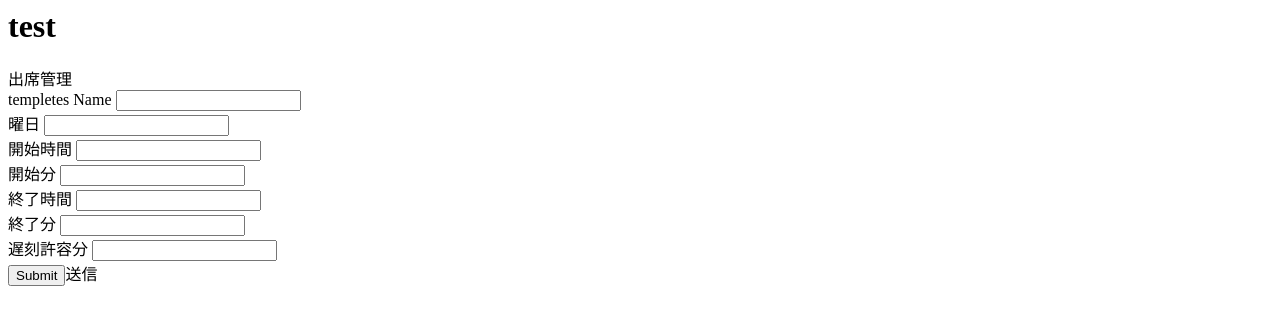
Repository: inamura123/auto_attend_system
Page: http://localhost/test
The author's editor kept a record of every edit. The page is drawn from the files as they stood at one moment, then again after the next edit.
The browser window is 1280 px wide. The pictures show the whole page.
The page is served by the project's Laravel application, run on PHP 8.4 with Laravel 9.

Above is the page before.

After the next edit:
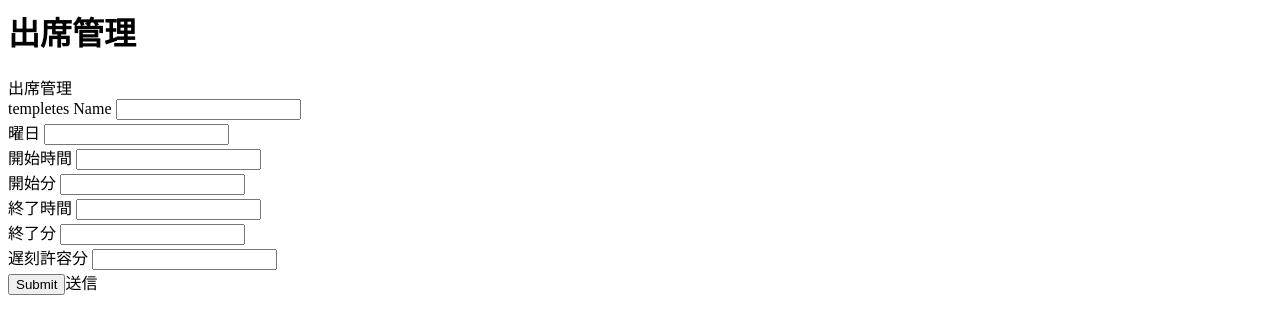
The edit:
--- a/myapp/resources/views/test.blade.php
+++ b/myapp/resources/views/test.blade.php
@@ -1,4 +1,4 @@
-<h1>test</h1>
+<h1>出席管理</h1>
 
 <!--全エリア[START]-->
     <div>
